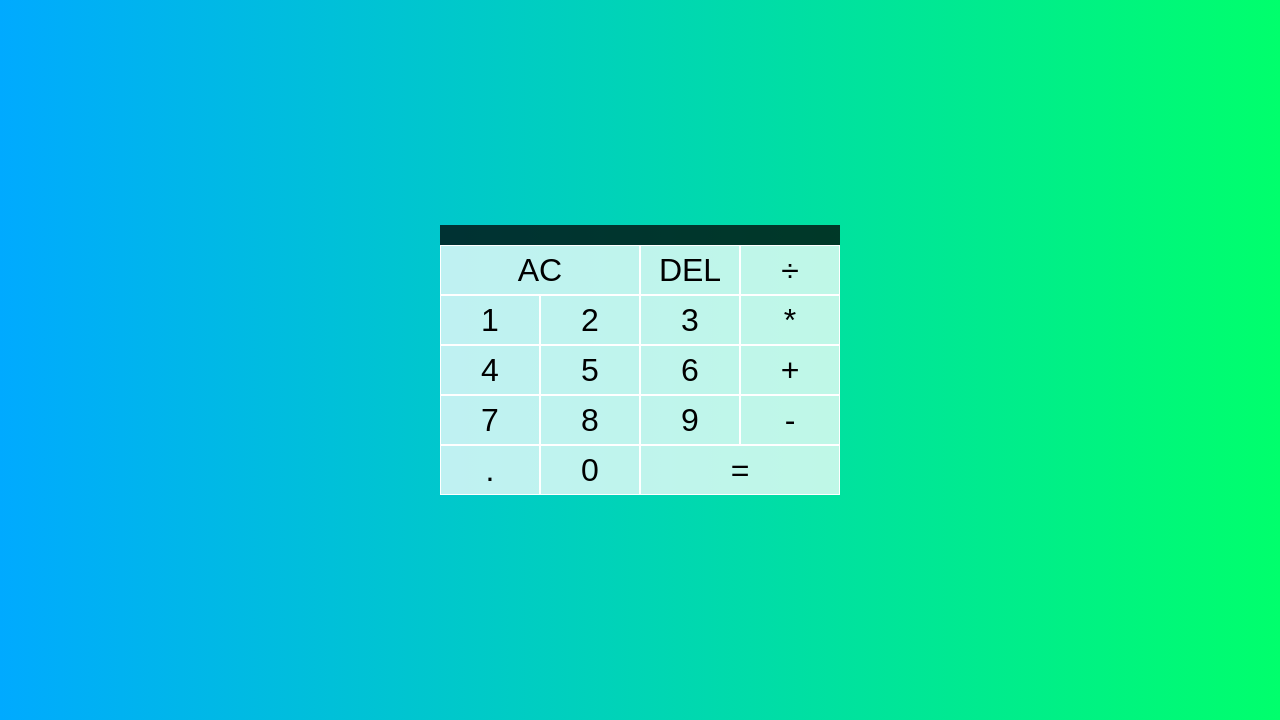
Repository: weazzyefff/Calculator-YT-Tutorial-
Page: index.html
These files come from the project's save history. The page is drawn as it stood at one moment and after the next save; the edit follows.
The browser window is 1280 px wide. The pictures show the whole page.

Above is the page before, as saved 2022-12-23 14:50:50.
Console error: SyntaxError: Unexpected token '{'

After the next save:
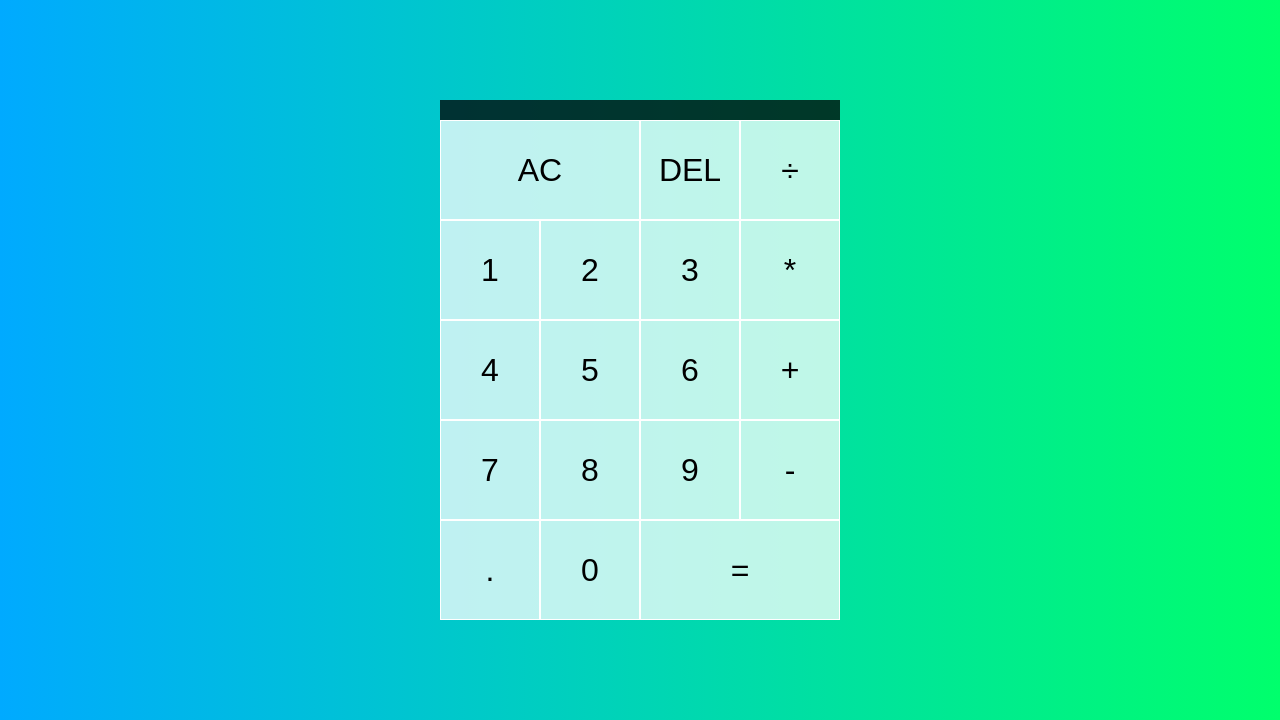
Saved 9 s later.
--- a/styles.css
+++ b/styles.css
@@ -22,7 +22,7 @@ body {
 
 .calculator-grid > button {
     cursor: pointer;
-    min-height: 50px;
+    min-height: 100px;
     font-size: 2rem;
     border: 1px solid white;
     outline: none;
